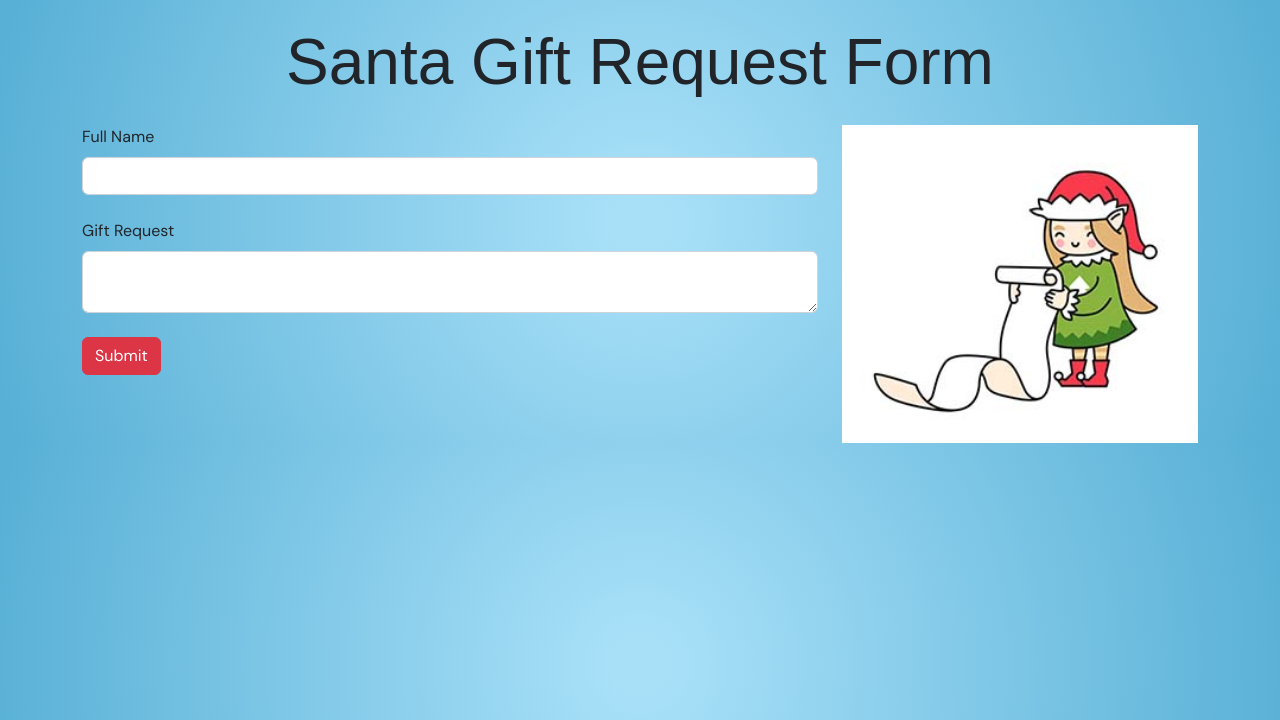
Repository: sarahlochhead/check-santas-list
Page: check-santas-list.html
These files come from the project's save history. The page is drawn as it stood at one moment and after the next save; the edit follows.
The browser window is 1280 px wide. The pictures show the whole page.
Some web fonts or font styles are not loaded; a fallback is used.

Above is the page before, as saved 2023-11-24 20:25:56.

After the next save:
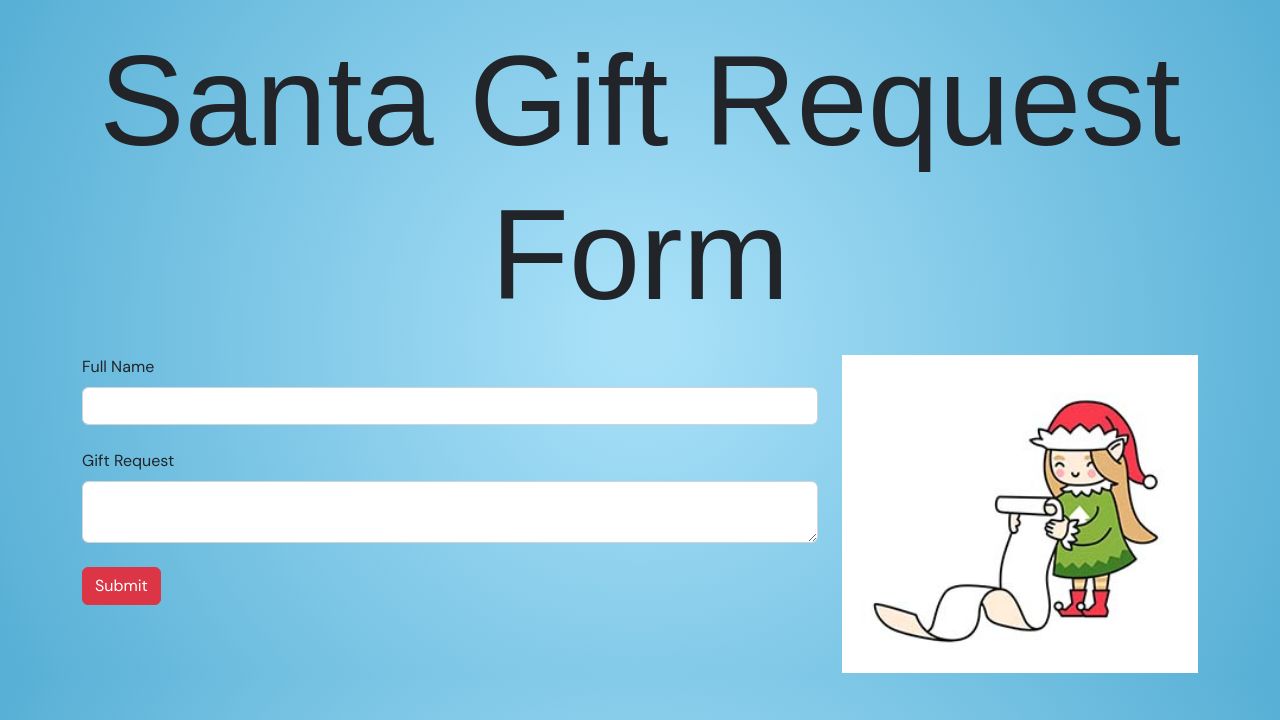
Saved 7 s later.
--- a/css/styles.css
+++ b/css/styles.css
@@ -18,5 +18,5 @@ background: radial-gradient(circle, rgba(168,224,248,1) 4%, rgba(88,176,214,1) 9
 
 /* header */
 h1 {
-    font-size: 4rem;
+    font-size: 8rem;
 }
